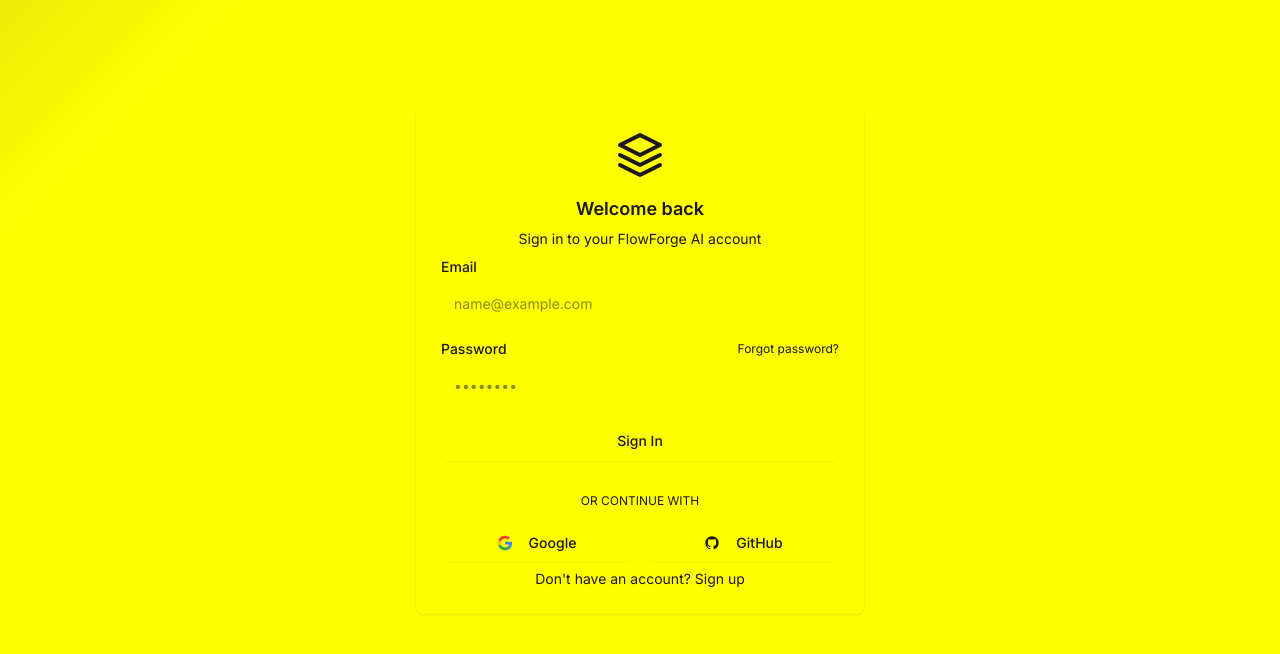
Repository: djdjdallas/text-to-n8n
Page: /login
These files come from the project's save history. The page is drawn as it stood at one moment and after the next save; the edit follows.
The browser window is 1280 px wide. The pictures show the whole page.
The page's requests for data from a server got no answer. The project was rebuilt for these pictures with package versions that can differ from the ones it lists, and the page was loaded fresh each time. The framework's server and built-in components were replaced by stand-ins that run in the browser. No one was signed in, and anything a server would have sent is missing. Also part of the build but not shown: next.config.mjs.

Above is the page before, as saved 2025-05-31 12:55:21.

### src/app/(auth)/login/page.js
"use client";

import { useState } from "react";
import Link from "next/link";
import { useRouter, useSearchParams } from "next/navigation";
import Button from "@/components/ui/button";
import {
  Card,
  CardHeader,
  CardTitle,
  CardDescription,
  CardContent,
  CardFooter,
} from "@/components/ui/Card";
import { useAuth } from "@/components/AuthProvider";

export default function LoginPage() {
  const router = useRouter();
  const searchParams = useSearchParams();
  const redirectTo = searchParams.get("redirectedFrom") || "/dashboard";

  const { signIn, signInWithProvider } = useAuth();
  const [email, setEmail] = useState("");
  const [password, setPassword] = useState("");
  const [isLoading, setIsLoading] = useState(false);
  const [error, setError] = useState("");

  const handleSubmit = async (e) => {
    e.preventDefault();
    setIsLoading(true);
    setError("");

    try {
      await signIn(email, password);
      router.push(redirectTo);
    } catch (error) {
      console.error("Login error:", error);
      setError(error.message || "Invalid email or password. Please try again.");
    } finally {
      setIsLoading(false);
    }
  };

  const handleOAuthSignIn = async (provider) => {
    try {
      await signInWithProvider(provider);
      // The redirect is handled by Supabase OAuth flow
    } catch (error) {
      console.error(`${provider} sign in error:`, error);
      setError(`Failed to sign in with ${provider}. Please try again.`);
    }
  };

  return (
    <div className="flex min-h-screen items-center justify-center p-4 gradient-bg">
      <Card className="w-full max-w-md">
        <CardHeader className="space-y-1">
          <div className="flex justify-center mb-4">
            <svg
              width="48"
              height="48"
              viewBox="0 0 24 24"
              fill="none"
              className="text-primary"
            >
              <path
                d="M12 2L2 7L12 12L22 7L12 2Z"
                stroke="currentColor"
                strokeWidth="2"
                strokeLinecap="round"
                strokeLinejoin="round"
              />
              <path
                d="M2 17L12 22L22 17"
                stroke="currentColor"
                strokeWidth="2"
                strokeLinecap="round"
                strokeLinejoin="round"
              />
              <path
                d="M2 12L12 17L22 12"
                stroke="currentColor"
                strokeWidth="2"
                strokeLinecap="round"
                strokeLinejoin="round"
              />
            </svg>
          </div>
          <CardTitle className="text-2xl text-center">Welcome back</CardTitle>
          <CardDescription className="text-center">
            Sign in to your FlowForge AI account
          </CardDescription>
        </CardHeader>
        <CardContent>
          {error && (
            <div className="mb-4 rounded-md bg-red-500/10 p-3 text-sm text-red-500">
              {error}
            </div>
          )}
          <form onSubmit={handleSubmit}>
            <div className="space-y-4">
              <div className="space-y-2">
                <label htmlFor="email" className="block text-sm font-medium">
                  Email
                </label>
                <input
                  id="email"
                  type="email"
                  value={email}
                  onChange={(e) => setEmail(e.target.value)}
                  placeholder="name@example.com"
                  required
                  className="w-full rounded-md border border-border bg-transparent px-3 py-2 text-sm placeholder:text-muted focus-visible:outline-none focus-visible:ring-2 focus-visible:ring-primary"
                />
              </div>
              <div className="space-y-2">
                <div className="flex items-center justify-between">
                  <label
                    htmlFor="password"
                    className="block text-sm font-medium"
                  >
                    Password
                  </label>
                  <Link
                    href="/forgot-password"
                    className="text-xs text-primary hover:underline"
                  >
                    Forgot password?
                  </Link>
                </div>
                <input
                  id="password"
                  type="password"
                  value={password}
                  onChange={(e) => setPassword(e.target.value)}
                  placeholder="••••••••"
                  required
                  className="w-full rounded-md border border-border bg-transparent px-3 py-2 text-sm placeholder:text-muted focus-visible:outline-none focus-visible:ring-2 focus-visible:ring-primary"
                />
              </div>
              <Button
                type="submit"
                className="w-full"
                size="lg"
                isLoading={isLoading}
              >
                Sign In
              </Button>

              <div className="relative my-4">
                <div className="absolute inset-0 flex items-center">
                  <div className="w-full border-t border-border"></div>
                </div>
                <div className="relative flex justify-center text-xs uppercase">
                  <span className="bg-card px-2 text-muted">
                    Or continue with
                  </span>
                </div>
              </div>

              <div className="grid grid-cols-2 gap-4">
                <Button
                  type="button"
                  variant="outline"
                  disabled={isLoading}
                  onClick={() => handleOAuthSignIn("google")}
                >
                  <svg className="mr-2 h-4 w-4" viewBox="0 0 24 24">
                    <path
                      d="M22.56 12.25c0-.78-.07-1.53-.2-2.25H12v4.26h5.92c-.26 1.37-1.04 2.53-2.21 3.31v2.77h3.57c2.08-1.92 3.28-4.74 3.28-8.09z"
                      fill="#4285F4"
                    />
                    <path
                      d="M12 23c2.97 0 5.46-.98 7.28-2.66l-3.57-2.77c-.98.66-2.23 1.06-3.71 1.06-2.86 0-5.29-1.93-6.16-4.53H2.18v2.84C3.99 20.53 7.7 23 12 23z"
                      fill="#34A853"
                    />
                    <path
                      d="M5.84 14.09c-.22-.66-.35-1.36-.35-2.09s.13-1.43.35-2.09V7.07H2.18C1.43 8.55 1 10.22 1 12s.43 3.45 1.18 4.93l2.85-2.22.81-.62z"
                      fill="#FBBC05"
                    />
                    <path
                      d="M12 5.38c1.62 0 3.06.56 4.21 1.64l3.15-3.15C17.45 2.09 14.97 1 12 1 7.7 1 3.99 3.47 2.18 7.07l3.66 2.84c.87-2.6 3.3-4.53 6.16-4.53z"
                      fill="#EA4335"
                    />
                  </svg>
                  Google
                </Button>
                <Button
                  type="button"
                  variant="outline"
                  disabled={isLoading}
                  onClick={() => handleOAuthSignIn("github")}
                >
                  <svg
                    className="mr-2 h-4 w-4"
                    fill="currentColor"
                    viewBox="0 0 24 24"
                  >
                    <path d="M12 2C6.477 2 2 6.484 2 12.017c0 4.425 2.865 8.18 6.839 9.504.5.092.682-.217.682-.483 0-.237-.008-.868-.013-1.703-2.782.605-3.369-1.343-3.369-1.343-.454-1.158-1.11-1.466-1.11-1.466-.908-.62.069-.608.069-.608 1.003.07 1.531 1.032 1.531 1.032.892 1.53 2.341 1.088 2.91.832.092-.647.35-1.088.636-1.338-2.22-.253-4.555-1.113-4.555-4.951 0-1.093.39-1.988 1.029-2.688-.103-.253-.446-1.272.098-2.65 0 0 .84-.27 2.75 1.026A9.564 9.564 0 0112 6.844c.85.004 1.705.115 2.504.337 1.909-1.296 2.747-1.027 2.747-1.027.546 1.379.202 2.398.1 2.651.64.7 1.028 1.595 1.028 2.688 0 3.848-2.339 4.695-4.566 4.943.359.309.678.92.678 1.855 0 1.338-.012 2.419-.012 2.747 0 .268.18.58.688.482A10.019 10.019 0 0022 12.017C22 6.484 17.522 2 12 2z" />
                  </svg>
                  GitHub
                </Button>
              </div>
            </div>
          </form>
        </CardContent>
        <CardFooter className="flex justify-center">
          <p className="text-sm text-muted">
            Don't have an account?{" "}
            <Link href="/signup" className="text-primary hover:underline">
              Sign up
            </Link>
          </p>
        </CardFooter>
      </Card>
    </div>
  );
}

### src/app/globals.css
@import "tailwindcss";

:root {
  --radius: 0.625rem;
  --background: 255 255 255;
  --foreground: 10 10 10;
  --card: 255 255 255;
  --card-foreground: 10 10 10;
  --popover: 255 255 255;
  --popover-foreground: 10 10 10;
  --primary: 24 24 27;
  --primary-foreground: 250 250 250;
  --secondary: 244 244 245;
  --secondary-foreground: 24 24 27;
  --muted: 244 244 245;
  --muted-foreground: 113 113 122;
  --accent: 244 244 245;
  --accent-foreground: 24 24 27;
  --destructive: 239 68 68;
  --destructive-foreground: 250 250 250;
  --border: 228 228 231;
  --input: 228 228 231;
  --ring: 161 161 170;
  --chart-1: 251 146 60;
  --chart-2: 56 189 248;
  --chart-3: 99 102 241;
  --chart-4: 132 204 22;
  --chart-5: 234 179 8;
  --sidebar: 250 250 250;
  --sidebar-foreground: 10 10 10;
  --sidebar-primary: 24 24 27;
  --sidebar-primary-foreground: 250 250 250;
  --sidebar-accent: 244 244 245;
  --sidebar-accent-foreground: 24 24 27;
  --sidebar-border: 228 228 231;
  --sidebar-ring: 161 161 170;
}

.dark {
  --background: 10 10 10;
  --foreground: 250 250 250;
  --card: 24 24 27;
  --card-foreground: 250 250 250;
  --popover: 24 24 27;
  --popover-foreground: 250 250 250;
  --primary: 228 228 231;
  --primary-foreground: 24 24 27;
  --secondary: 39 39 42;
  --secondary-foreground: 250 250 250;
  --muted: 39 39 42;
  --muted-foreground: 161 161 170;
  --accent: 39 39 42;
  --accent-foreground: 250 250 250;
  --destructive: 220 38 38;
  --destructive-foreground: 250 250 250;
  --border: 39 39 42;
  --input: 39 39 42;
  --ring: 113 113 122;
  --chart-1: 139 92 246;
  --chart-2: 16 185 129;
  --chart-3: 234 179 8;
  --chart-4: 236 72 153;
  --chart-5: 249 115 22;
  --sidebar: 24 24 27;
  --sidebar-foreground: 250 250 250;
  --sidebar-primary: 139 92 246;
  --sidebar-primary-foreground: 250 250 250;
  --sidebar-accent: 39 39 42;
  --sidebar-accent-foreground: 250 250 250;
  --sidebar-border: 39 39 42;
  --sidebar-ring: 113 113 122;
}

* {
  border-color: hsl(var(--border));
}

body {
  background-color: hsl(var(--background));
  color: hsl(var(--foreground));
  font-family: var(--font-sans, system-ui, -apple-system, sans-serif);
}

/* Gradient background utility */
.gradient-bg {
  background: linear-gradient(135deg, hsl(var(--primary) / 0.1) 0%, hsl(var(--secondary) / 0.1) 100%);
}

/* Glass effect utility */
.glass {
  backdrop-filter: blur(10px);
  background-color: hsl(var(--background) / 0.8);
}

/* Custom scrollbar */
::-webkit-scrollbar {
  width: 8px;
  height: 8px;
}

::-webkit-scrollbar-track {
  background: hsl(var(--muted));
}

::-webkit-scrollbar-thumb {
  background: hsl(var(--muted-foreground) / 0.3);
  border-radius: 4px;
}

::-webkit-scrollbar-thumb:hover {
  background: hsl(var(--muted-foreground) / 0.5);
}

/* Focus styles */
:focus-visible {
  outline: 2px solid hsl(var(--ring));
  outline-offset: 2px;
}

/* Animation utilities */
@keyframes spin {
  to {
    transform: rotate(360deg);
  }
}

.animate-spin {
  animation: spin 1s linear infinite;
}

@keyframes ping {
  75%, 100% {
    transform: scale(2);
    opacity: 0;
  }
}

.animate-ping {
  animation: ping 1s cubic-bezier(0, 0, 0.2, 1) infinite;
}
/* Glow effect for primary elements */
.glow-primary {
  box-shadow: 0 0 40px rgb(var(--primary) / 0.5),
              0 0 20px rgb(var(--primary) / 0.3);
  transition: box-shadow 0.3s ease;
}

.glow-primary:hover {
  box-shadow: 0 0 60px rgb(var(--primary) / 0.6),
              0 0 30px rgb(var(--primary) / 0.4);
}

### src/components/ThemeProvider.jsx
'use client';

import { createContext, useContext, useEffect, useState } from 'react';
import { THEMES } from '@/lib/constants';

// Create context
const ThemeContext = createContext();

export function useThemeContext() {
  return useContext(ThemeContext);
}

export default function ThemeProvider({ children }) {
  const [theme, setTheme] = useState(THEMES.DARK);
  const [mounted, setMounted] = useState(false);

  // Update theme in localStorage and document
  const updateTheme = (newTheme) => {
    setTheme(newTheme);
    localStorage.setItem('theme', newTheme);

    // Update document class
    const root = document.documentElement;
    root.classList.remove('dark', 'light');

    const isDark =
      newTheme === THEMES.DARK ||
      (newTheme === THEMES.SYSTEM &&
       window.matchMedia('(prefers-color-scheme: dark)').matches);

    root.classList.add(isDark ? 'dark' : 'light');
  };

  // Initialize theme from localStorage or system preference
  useEffect(() => {
    setMounted(true);
    const savedTheme = localStorage.getItem('theme');

    if (savedTheme) {
      updateTheme(savedTheme);
    } else if (window.matchMedia('(prefers-color-scheme: dark)').matches) {
      updateTheme(THEMES.DARK);
    } else {
      updateTheme(THEMES.LIGHT);
    }

    // Listen for system theme changes if using system preference
    if (theme === THEMES.SYSTEM) {
      const mediaQuery = window.matchMedia('(prefers-color-scheme: dark)');
      const handleChange = () => updateTheme(THEMES.SYSTEM);

      mediaQuery.addEventListener('change', handleChange);
      return () => mediaQuery.removeEventListener('change', handleChange);
    }
  }, []);

  // Provide the theme context to children
  const value = {
    theme,
    setTheme: updateTheme,
  };

  // Avoid rendering with initial theme to prevent hydration mismatch
  if (!mounted) {
    return null;
  }

  return (
    <ThemeContext.Provider value={value}>
      {children}
    </ThemeContext.Provider>
  );
}

### src/components/AuthProvider.jsx
'use client';

import { createContext, useContext, useEffect, useState } from 'react';
import { useRouter } from 'next/navigation';
import { supabase } from '@/lib/supabase/client';

// Create auth context
const AuthContext = createContext();

export function useAuth() {
  return useContext(AuthContext);
}

export default function AuthProvider({ children }) {
  const [user, setUser] = useState(null);
  const [loading, setLoading] = useState(true);
  const router = useRouter();

  // Check for user session on initial load
  useEffect(() => {
    async function getSession() {
      const { data: { session }, error } = await supabase.auth.getSession();

      if (error) {
        console.error('Error getting session:', error);
        setUser(null);
      } else if (session?.user) {
        setUser(session.user);
      } else {
        setUser(null);
      }

      setLoading(false);
    }

    getSession();

    // Set up auth state listener
    const { data: { subscription } } = supabase.auth.onAuthStateChange(
      async (event, session) => {
        if (session?.user) {
          setUser(session.user);
        } else {
          setUser(null);
        }

        setLoading(false);
      }
    );

    return () => {
      subscription?.unsubscribe();
    };
  }, []);

  // Sign in with email and password
  const signIn = async (email, password) => {
    const { data, error } = await supabase.auth.signInWithPassword({
      email,
      password,
    });

    if (error) throw error;
    return data;
  };

  // Sign up with email and password
  const signUp = async (email, password, metadata = {}) => {
    const { data, error } = await supabase.auth.signUp({
      email,
      password,
      options: {
        data: metadata,
      },
    });

    if (error) throw error;
    return data;
  };

  // Sign in with OAuth provider
  const signInWithProvider = async (provider) => {
    const { data, error } = await supabase.auth.signInWithOAuth({
      provider,
      options: {
        redirectTo: `${window.location.origin}/auth/callback`,
      },
    });

    if (error) throw error;
    return data;
  };

  // Sign out
  const signOut = async () => {
    const { error } = await supabase.auth.signOut();
    if (error) throw error;
    router.push('/');
  };

  // Reset password
  const resetPassword = async (email) => {
    const { data, error } = await supabase.auth.resetPasswordForEmail(email, {
      redirectTo: `${window.location.origin}/auth/reset-password`,
    });

    if (error) throw error;
    return data;
  };

  // Update user profile
  const updateProfile = async (updates) => {
    const { data, error } = await supabase.auth.updateUser({
      data: updates,
    });

    if (error) throw error;
    return data;
  };

  const value = {
    user,
    loading,
    signIn,
    signUp,
    signInWithProvider,
    signOut,
    resetPassword,
    updateProfile,
  };

  return (
    <AuthContext.Provider value={value}>
      {children}
    </AuthContext.Provider>
  );
}

### src/components/ui/Button.jsx
import * as React from "react";
import { Slot } from "@radix-ui/react-slot";
import { cva } from "class-variance-authority";

import { cn } from "@/lib/utils";

const buttonVariants = cva(
  "inline-flex items-center justify-center gap-2 whitespace-nowrap rounded-md text-sm font-medium transition-all disabled:pointer-events-none disabled:opacity-50 [&_svg]:pointer-events-none [&_svg:not([class*='size-'])]:size-4 shrink-0 [&_svg]:shrink-0 outline-none focus-visible:border-ring focus-visible:ring-ring/50 focus-visible:ring-[3px] aria-invalid:ring-destructive/20 dark:aria-invalid:ring-destructive/40 aria-invalid:border-destructive",
  {
    variants: {
      variant: {
        default:
          "bg-primary text-primary-foreground shadow-xs hover:bg-primary/90",
        destructive:
          "bg-destructive text-white shadow-xs hover:bg-destructive/90 focus-visible:ring-destructive/20 dark:focus-visible:ring-destructive/40 dark:bg-destructive/60",
        outline:
          "border bg-background shadow-xs hover:bg-accent hover:text-accent-foreground dark:bg-input/30 dark:border-input dark:hover:bg-input/50",
        secondary:
          "bg-secondary text-secondary-foreground shadow-xs hover:bg-secondary/80",
        ghost:
          "hover:bg-accent hover:text-accent-foreground dark:hover:bg-accent/50",
        link: "text-primary underline-offset-4 hover:underline",
      },
      size: {
        default: "h-9 px-4 py-2 has-[>svg]:px-3",
        sm: "h-8 rounded-md gap-1.5 px-3 has-[>svg]:px-2.5",
        lg: "h-10 rounded-md px-6 has-[>svg]:px-4",
        icon: "size-9",
      },
    },
    defaultVariants: {
      variant: "default",
      size: "default",
    },
  }
);

function Button({ className, variant, size, asChild = false, ...props }) {
  const Comp = asChild ? Slot : "button";

  return (
    <Comp
      data-slot="button"
      className={cn(buttonVariants({ variant, size, className }))}
      {...props}
    />
  );
}

export { Button, buttonVariants };
export default Button;

### src/components/ui/Card.jsx
import React from 'react';

const Card = ({ className = '', children, ...props }) => {
  return (
    <div
      className={`rounded-lg border border-border bg-card p-4 shadow-sm ${className}`}
      {...props}
    >
      {children}
    </div>
  );
};

const CardHeader = ({ className = '', children, ...props }) => {
  return (
    <div
      className={`flex flex-col space-y-1.5 p-2 ${className}`}
      {...props}
    >
      {children}
    </div>
  );
};

const CardTitle = ({ className = '', children, ...props }) => {
  return (
    <h3
      className={`font-semibold text-lg text-foreground ${className}`}
      {...props}
    >
      {children}
    </h3>
  );
};

const CardDescription = ({ className = '', children, ...props }) => {
  return (
    <p
      className={`text-sm text-muted ${className}`}
      {...props}
    >
      {children}
    </p>
  );
};

const CardContent = ({ className = '', children, ...props }) => {
  return (
    <div
      className={`p-2 pt-0 ${className}`}
      {...props}
    >
      {children}
    </div>
  );
};

const CardFooter = ({ className = '', children, ...props }) => {
  return (
    <div
      className={`flex items-center p-2 pt-0 ${className}`}
      {...props}
    >
      {children}
    </div>
  );
};

export { Card, CardHeader, CardTitle, CardDescription, CardContent, CardFooter };

### src/lib/constants.js
/**
 * API endpoints
 */
export const API_ENDPOINTS = {
  GENERATE: '/api/generate',
  VALIDATE: '/api/validate',
  DEPLOY: '/api/deploy',
};

/**
 * Supported platforms
 */
export const PLATFORMS = {
  N8N: 'n8n',
  ZAPIER: 'zapier',
  MAKE: 'make',
};

/**
 * Workflow complexity levels
 */
export const COMPLEXITY_LEVELS = {
  SIMPLE: 'simple',
  MODERATE: 'moderate',
  COMPLEX: 'complex',
};

/**
 * Local storage keys
 */
export const STORAGE_KEYS = {
  THEME: 'flowforge-theme',
  HISTORY: 'flowforge-history',
  DRAFT: 'flowforge-draft',
  SETTINGS: 'flowforge-settings',
};

/**
 * Theme options
 */
export const THEMES = {
  LIGHT: 'light',
  DARK: 'dark',
  SYSTEM: 'system',
};

/**
 * Default pagination limit
 */
export const DEFAULT_PAGE_SIZE = 10;

/**
 * Max input length
 */
export const MAX_INPUT_LENGTH = 5000;

/**
 * Default generation parameters
 */
export const DEFAULT_PARAMS = {
  platform: PLATFORMS.N8N,
  complexity: COMPLEXITY_LEVELS.MODERATE,
  errorHandling: true,
  optimization: 50,
};

/**
 * Sample response for development
 */
export const SAMPLE_RESPONSE = {
  "workflow": {
    "name": "Gmail to Drive Workflow",
    "nodes": [
      {
        "id": "1",
        "type": "trigger",
        "name": "Gmail Trigger",
        "parameters": {
          "event": "new_email",
          "criteria": {
            "subject": "Monthly Report"
          }
        }
      },
      {
        "id": "2",
        "type": "action",
        "name": "Extract Attachments",
        "parameters": {
          "fileType": "pdf"
        }
      },
      {
        "id": "3",
        "type": "action",
        "name": "Google Drive Upload",
        "parameters": {
          "folder": "Monthly Reports",
          "createMissing": true
        }
      },
      {
        "id": "4",
        "type": "action",
        "name": "Slack Notification",
        "parameters": {
          "channel": "#reports",
          "message": "New report uploaded: {{$node[2].fileName}} - {{$node[2].fileUrl}}"
        }
      }
    ],
    "connections": [
      { "source": "1", "target": "2" },
      { "source": "2", "target": "3" },
      { "source": "3", "target": "4" }
    ]
  },
  "metadata": {
    "generationTime": 3.2,
    "tokens": 512,
    "complexity": 45,
    "estimatedCost": 0.0085
  }
};

### src/lib/supabase/client.js
import { createClient } from '@supabase/supabase-js';

// Initialize the Supabase client
const supabaseUrl = process.env.NEXT_PUBLIC_SUPABASE_URL;
const supabaseAnonKey = process.env.NEXT_PUBLIC_SUPABASE_ANON_KEY;

// Create a single supabase client for the entire app
export const supabase = createClient(supabaseUrl, supabaseAnonKey);

Loaded but not shown: src/app/layout.js (common file); src/lib/utils.js (121 lines, source omitted)

After the next save:
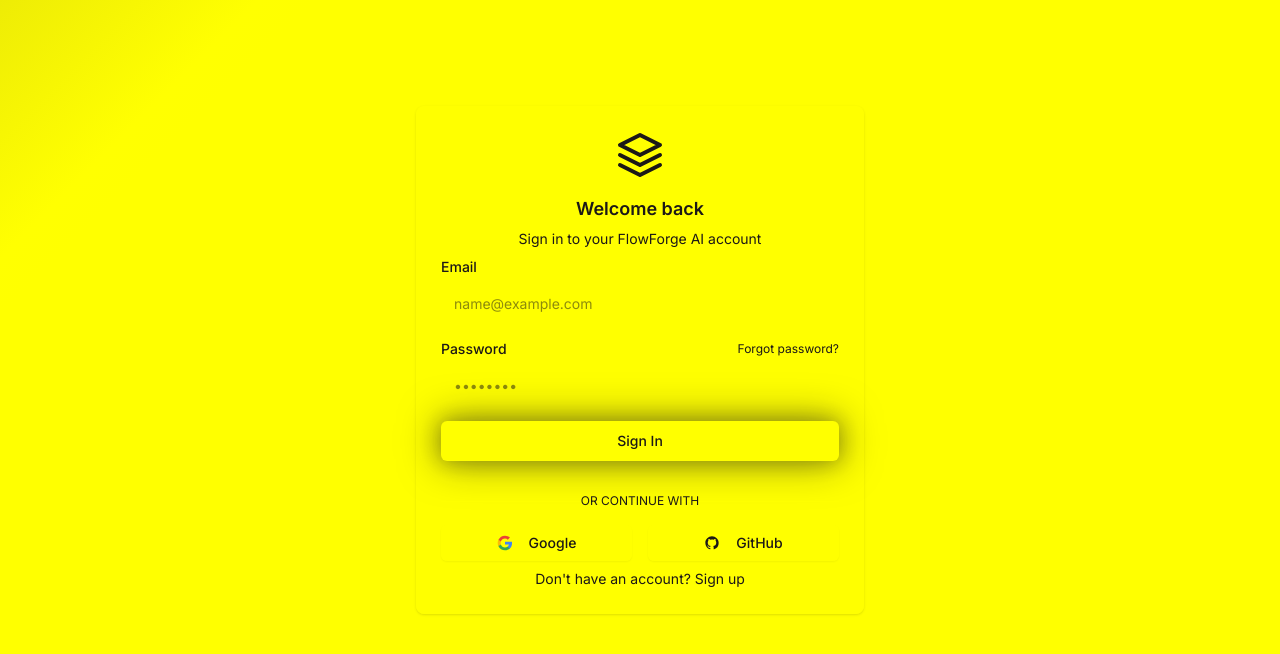
Saved 2 min 36 s later.
--- a/src/app/(auth)/login/page.js
+++ b/src/app/(auth)/login/page.js
@@ -140,7 +140,7 @@
               </div>
               <Button
                 type="submit"
-                className="w-full"
+                className="w-full glow-primary"
                 size="lg"
                 isLoading={isLoading}
               >
